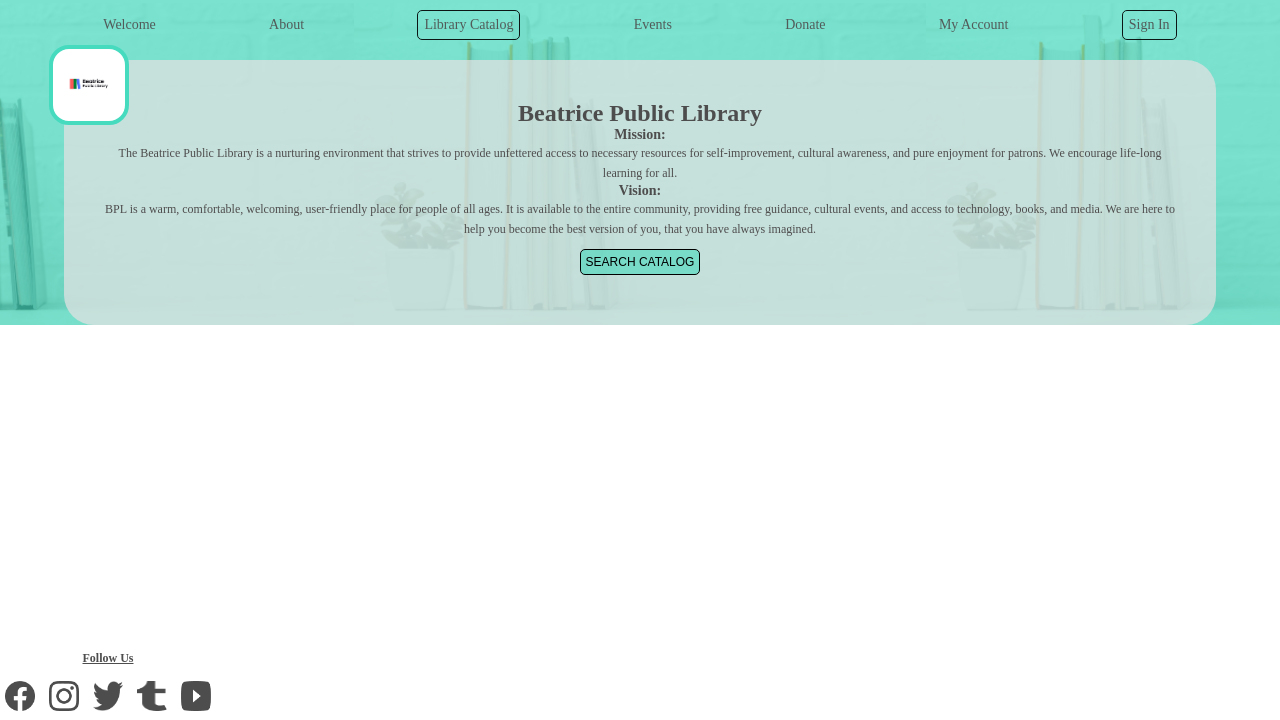
Repository: cokoduwa/RA-Wk5-Library
Page: about.html
An editor plug-in stored every save of this project. The page is shown before and after the next save, followed by the edit.
The browser window is 1280 px wide. The pictures show the whole page.

Above is the page before, as saved 2023-01-26 20:06:22.

After the next save:
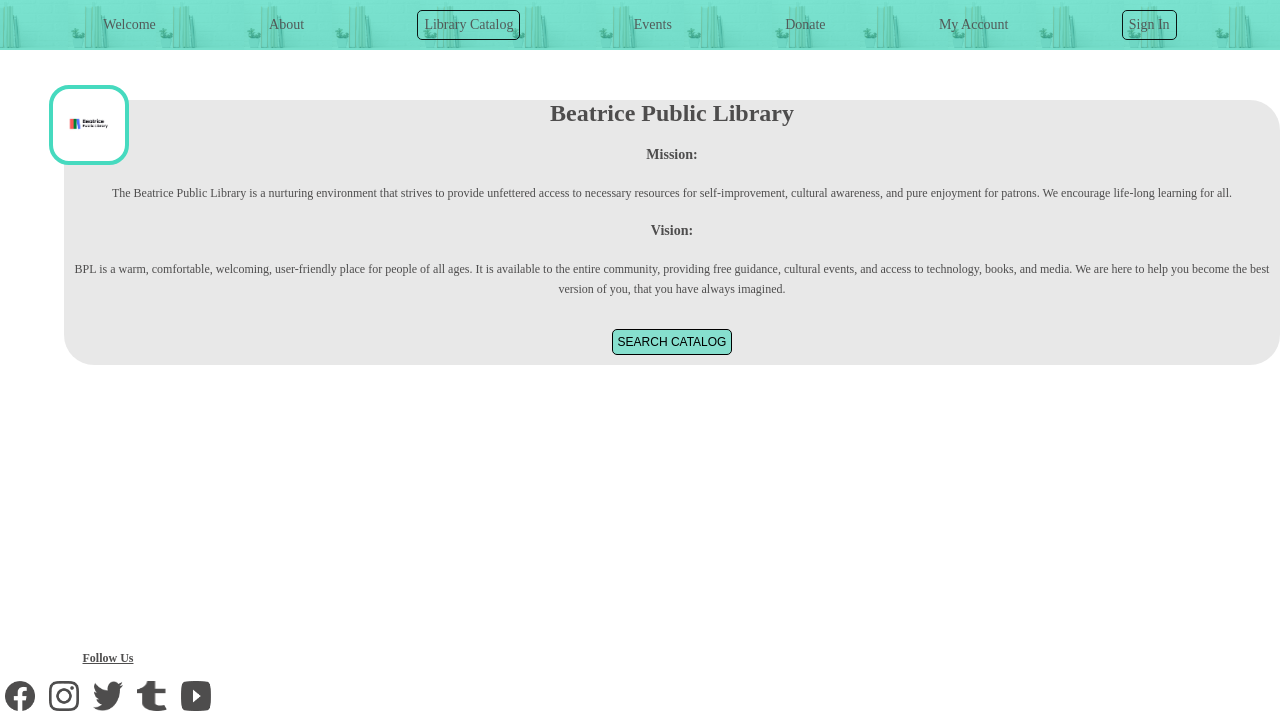
Saved 43 s later.
--- a/about.css
+++ b/about.css
@@ -60,11 +60,11 @@
 
 /****** First Section - Intro ******/
 
-#about {
+/* #about {
     text-align: center;
     padding: 40px;
     margin: 10px auto;
-}
+} */
 
 #about p {
     padding: 10px auto;
@@ -108,7 +108,7 @@
     width: 100%;
 }
 
-/* #about {
+#about {
     display: flex;
     flex-direction: column;
     justify-content: center;
@@ -117,7 +117,7 @@
     gap: 20px;
     position: absolute;
     text-align: center;
-} */
+}
 
 /****** Footer for all pages ******/
 

After the save that followed:
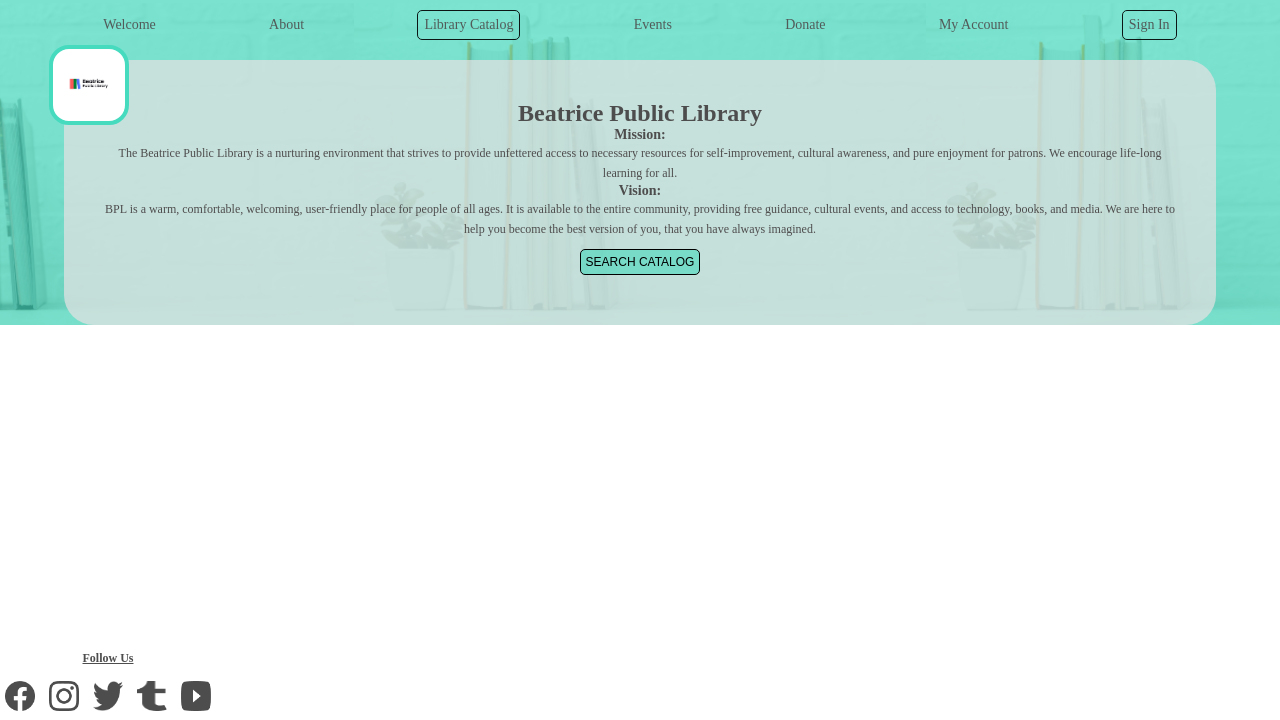
Saved 24 s later.
--- a/about.css
+++ b/about.css
@@ -60,11 +60,11 @@
 
 /****** First Section - Intro ******/
 
-/* #about {
+#about {
     text-align: center;
     padding: 40px;
     margin: 10px auto;
-} */
+}
 
 #about p {
     padding: 10px auto;
@@ -108,7 +108,7 @@
     width: 100%;
 }
 
-#about {
+/* #about {
     display: flex;
     flex-direction: column;
     justify-content: center;
@@ -117,7 +117,7 @@
     gap: 20px;
     position: absolute;
     text-align: center;
-}
+} */
 
 /****** Footer for all pages ******/
 
